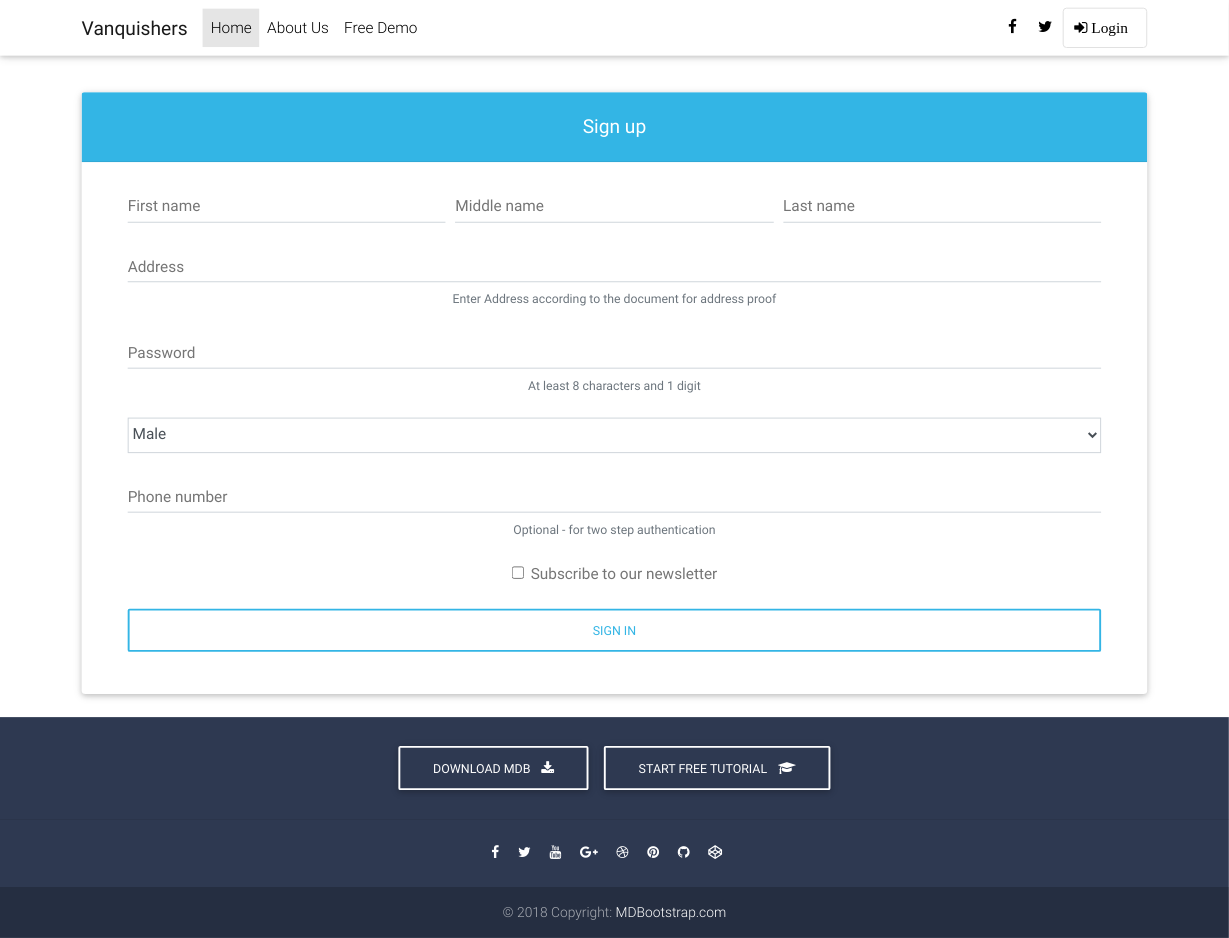
Repository: KJSCEhack/KJSCE_Vanquishers
Page: http://localhost/demo.php
These files come from the project's save history. The page is drawn as it stood at one moment and after the next save; the edit follows.
The browser window is 1280 px wide. The pictures show the whole page, at 96% of full size.
The page is run by PHP 8.4 with error messages shown; the project is at /var/www/html/.

Above is the page before, as saved 2018-10-06 09:21:36.
Console error: TypeError: $(...).material_select is not a function

### demo.php
<?php
$hostname="localhost";
$dbname="kjsce_hackathon";
$Username="root";
$Password="qweasdzxc";

$conn = mysqli_connect($hostname,$Username,$Password,$dbname);

if(!$conn)
{
    die("connection failed:" .mysqli_connect_error());

}
mysqli_close($conn);

?>
<!DOCTYPE html>
<html lang="en">

<head>
    <meta charset="utf-8">
    <meta name="viewport" content="width=device-width, initial-scale=1, shrink-to-fit=no">
    <meta http-equiv="x-ua-compatible" content="ie=edge">
    <title>Material Design Bootstrap</title>
    <!-- Font Awesome -->
    <link rel="stylesheet" href="https://maxcdn.bootstrapcdn.com/font-awesome/4.7.0/css/font-awesome.min.css">
    <!-- Bootstrap core CSS -->
    <link href="css/bootstrap.min.css" rel="stylesheet">
    <!-- Material Design Bootstrap -->
    <link href="css/mdb.min.css" rel="stylesheet">
    <!-- Your custom styles (optional) -->
    <link href="css/style.min.css" rel="stylesheet">
</head>

<body>

    <!--Main Navigation-->
    <header>

        <!-- Navbar -->
        <nav class="navbar fixed-top navbar-expand-lg navbar-light white scrolling-navbar">
            <div class="container">

                <!-- Brand -->
      <a class="navbar-brand" href="https://mdbootstrap.com/material-design-for-bootstrap/" target="_blank">
        <strong>Vanquishers</strong>
      </a>

      <!-- Collapse -->
      <button class="navbar-toggler" type="button" data-toggle="collapse" data-target="#navbarSupportedContent" aria-controls="navbarSupportedContent"
        aria-expanded="false" aria-label="Toggle navigation">
        <span class="navbar-toggler-icon"></span>
      </button>

      <!-- Links -->
      <div class="collapse navbar-collapse" id="navbarSupportedContent">

        <!-- Left -->
        <ul class="navbar-nav mr-auto">
          <li class="nav-item active">
            <a class="nav-link" href="#">Home
              <span class="sr-only">(current)</span>
            </a>
          </li>
          <li class="nav-item">
            <a class="nav-link" href="https://mdbootstrap.com/material-design-for-bootstrap/" target="_blank">About Us</a>
          </li>
          <li class="nav-item">
            <a class="nav-link" href="https://mdbootstrap.com/getting-started/" target="_blank">Free Demo</a>
          </li>
        </ul>

        <!-- Right -->
        <ul class="navbar-nav nav-flex-icons">
          <li class="nav-item">
            <a href="https://www.facebook.com/mdbootstrap" class="nav-link" target="_blank">
              <i class="fa fa-facebook"></i>
            </a>
          </li>
          <li class="nav-item">
            <a href="https://twitter.com/MDBootstrap" class="nav-link" target="_blank">
              <i class="fa fa-twitter"></i>
            </a>
          </li>
          <li class="nav-item">
            <a href="login_page.html" class="nav-link border border-light rounded"
              target="_blank">
              <i class="fa fa-sign-in mr-2">           Login</i>
            </a>
          </li>
        </ul>

      </div>

            </div>
        </nav>
        <!-- Navbar -->

    </header>
    <!--Main Navigation-->

    <!--Main layout-->
    <main class="mt-5 pt-5">
        <div class="container">
            <!-- Material form register -->
            <div class="card">

            <h5 class="card-header info-color white-text text-center py-4">
                <strong>Sign up</strong>
            </h5>

            <!--Card content-->
            <div class="card-body px-lg-5 pt-0">

                <!-- Form -->
                <form class="text-center" style="color: #757575;">

                    <div class="form-row">
                        <div class="col">
                            <!-- First name -->
                            <div class="md-form">
                                <input type="text" id="materialRegisterFormFirstName" class="form-control">
                                <label for="materialRegisterFormFirstName">First name</label>
                            </div>
                        </div>
                        <div class="col">
                            <!-- Last name -->
                            <div class="md-form">
                                <input type="text" id="materialRegisterFormMiddleName" class="form-control">
                                <label for="materialRegisterFormMiddleName">Middle name</label>
                            </div>
                        </div>
                        <div class="col">
                            <!-- Last name -->
                            <div class="md-form">
                                <input type="text" id="materialRegisterFormLastName" class="form-control">
                                <label for="materialRegisterFormLastName">Last name</label>
                            </div>
                        </div>
                    </div>

                    <!-- Address -->
                    <div class="md-form mt-0">
                        <input type="text" id="materialRegisterFormAddress" class="form-control">
                        <label for="materialRegisterFormAddress">Address</label>
                        <small id="materialRegisterFormPasswordHelpBlock" class="form-text text-muted mb-4">
                            Enter Address according to the document for address proof
                        </small>
                    </div>

                    <!-- Password -->
                    <div class="md-form">
                        <input type="password" id="materialRegisterFormPassword" class="form-control" aria-describedby="materialRegisterFormPasswordHelpBlock">
                        <label for="materialRegisterFormPassword">Password</label>
                        <small id="materialRegisterFormPasswordHelpBlock" class="form-text text-muted mb-4">
                            At least 8 characters and 1 digit
                        </small>
                    </div>

                    <div class="md-form">
                        <select id="materialRegisterFormPassword" class="form-control mdb-select md-form colorful-select dropdown-primary">
                            <option value="M">Male</option>
                            <option value="F">Female</option>
                            <option value="O">Other</option>
                        </select>
                    </div>

                    <!-- Phone number -->
                    <div class="md-form">
                        <input type="password" id="materialRegisterFormPhone" class="form-control" aria-describedby="materialRegisterFormPhoneHelpBlock">
                        <label for="materialRegisterFormPhone">Phone number</label>
                        <small id="materialRegisterFormPhoneHelpBlock" class="form-text text-muted mb-4">
                            Optional - for two step authentication
                        </small>
                    </div>

                    <!-- Newsletter -->
                    <div class="form-check">
                        <input type="checkbox" class="form-check-input" id="materialRegisterFormNewsletter">
                        <label class="form-check-label" for="materialRegisterFormNewsletter">Subscribe to our newsletter</label>
                    </div>

                    <!-- Sign up button -->
                    <button class="btn btn-outline-info btn-rounded btn-block my-4 waves-effect z-depth-0" type="submit">Sign in</button>

                </form>
                <!-- Form -->

            </div>

            </div>
            <!-- Material form register -->
        </div>
    </main>
    <!--Footer-->
    <footer class="page-footer text-center font-small mdb-color darken-2 mt-4 wow fadeIn">

        <!--Call to action-->
        <div class="pt-4">
            <a class="btn btn-outline-white" href="https://mdbootstrap.com/getting-started/" target="_blank" role="button">Download MDB
                <i class="fa fa-download ml-2"></i>
            </a>
            <a class="btn btn-outline-white" href="https://mdbootstrap.com/bootstrap-tutorial/" target="_blank" role="button">Start free tutorial
                <i class="fa fa-graduation-cap ml-2"></i>
            </a>
        </div>
        <!--/.Call to action-->

        <hr class="my-4">

        <!-- Social icons -->
        <div class="pb-4">
            <a href="https://www.facebook.com/mdbootstrap" target="_blank">
                <i class="fa fa-facebook mr-3"></i>
            </a>

            <a href="https://twitter.com/MDBootstrap" target="_blank">
                <i class="fa fa-twitter mr-3"></i>
            </a>

            <a href="https://www.youtube.com/watch?v=7MUISDJ5ZZ4" target="_blank">
                <i class="fa fa-youtube mr-3"></i>
            </a>

            <a href="https://plus.google.com/u/0/b/107863090883699620484" target="_blank">
                <i class="fa fa-google-plus mr-3"></i>
            </a>

            <a href="https://dribbble.com/mdbootstrap" target="_blank">
                <i class="fa fa-dribbble mr-3"></i>
            </a>

            <a href="https://pinterest.com/mdbootstrap" target="_blank">
                <i class="fa fa-pinterest mr-3"></i>
            </a>

            <a href="https://github.com/mdbootstrap/bootstrap-material-design" target="_blank">
                <i class="fa fa-github mr-3"></i>
            </a>

            <a href="http://codepen.io/mdbootstrap/" target="_blank">
                <i class="fa fa-codepen mr-3"></i>
            </a>
        </div>
        <!-- Social icons -->

        <!--Copyright-->
        <div class="footer-copyright py-3">
            © 2018 Copyright:
            <a href="https://mdbootstrap.com/bootstrap-tutorial/" target="_blank"> MDBootstrap.com </a>
        </div>
        <!--/.Copyright-->

    </footer>
    <!--/.Footer-->

    <!-- SCRIPTS -->
    <!-- JQuery -->
    <script type="text/javascript" src="js/jquery-3.3.1.min.js"></script>
    <!-- Bootstrap tooltips -->
    <script type="text/javascript" src="js/popper.min.js"></script>
    <!-- Bootstrap core JavaScript -->
    <script type="text/javascript" src="js/bootstrap.min.js"></script>
    <!-- MDB core JavaScript -->
    <script type="text/javascript" src="js/mdb.min.js"></script>
    <!-- Initializations -->
    <script type="text/javascript">
        // Animations initialization
        new WOW().init();
        // Material Select Initialization
        $(document).ready(function() {
            $('.mdb-select').material_select();
        });
    </script>
</body>

</html>

Loaded but not shown: css/bootstrap.min.css (library); css/mdb.min.css (library); css/style.min.css (common file); js/jquery-3.3.1.min.js (library); js/popper.min.js (library); js/bootstrap.min.js (library); js/mdb.min.js (library)

After the next save:
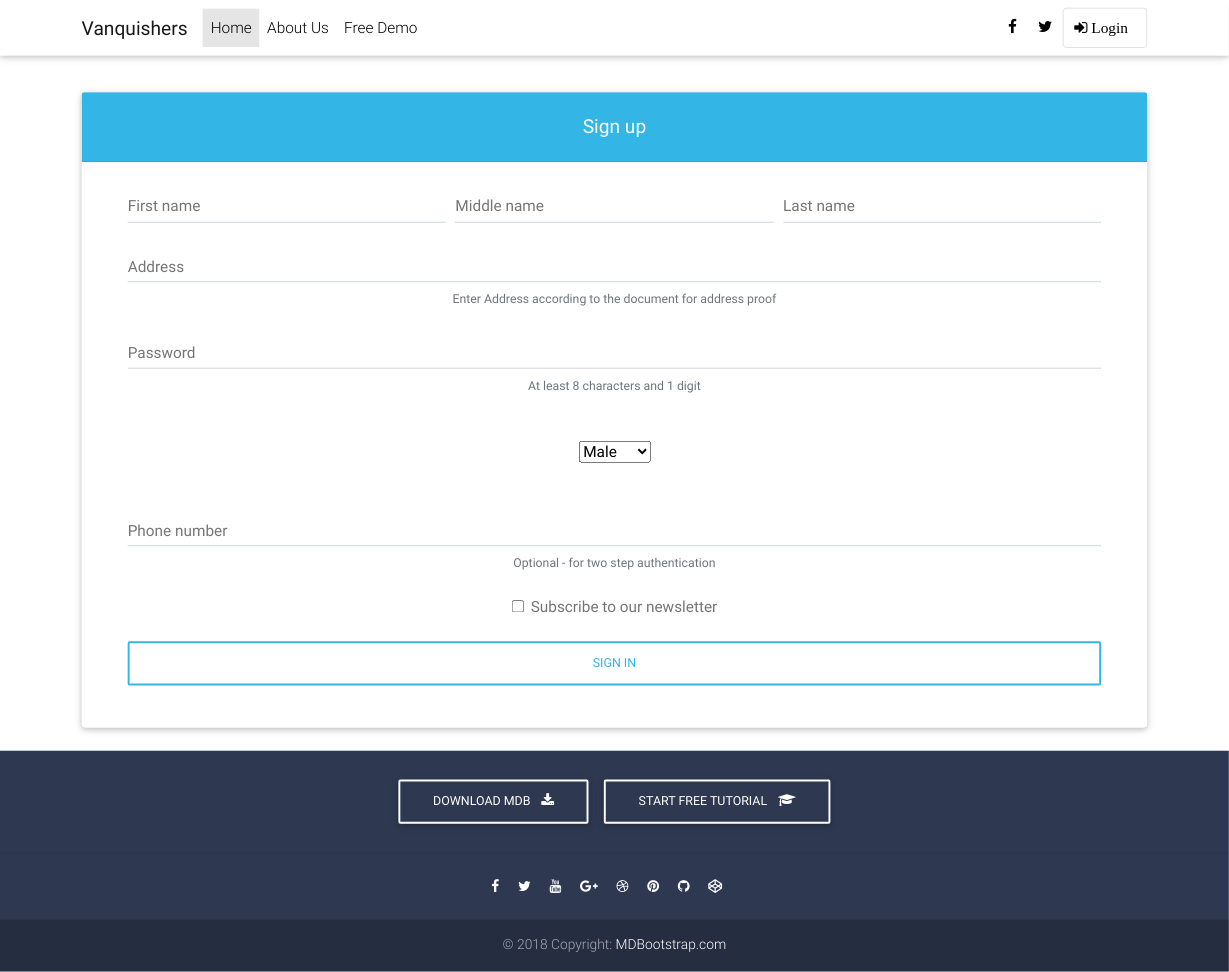
Saved 2 min 17 s later.
--- a/demo.php
+++ b/demo.php
@@ -158,7 +158,7 @@
                     </div>
 
                     <div class="md-form">
-                        <select id="materialRegisterFormPassword" class="form-control mdb-select md-form colorful-select dropdown-primary">
+                        <select id="materialRegisterFormPassword" class="mdb-select md-form">
                             <option value="M">Male</option>
                             <option value="F">Female</option>
                             <option value="O">Other</option>

After the save that followed:
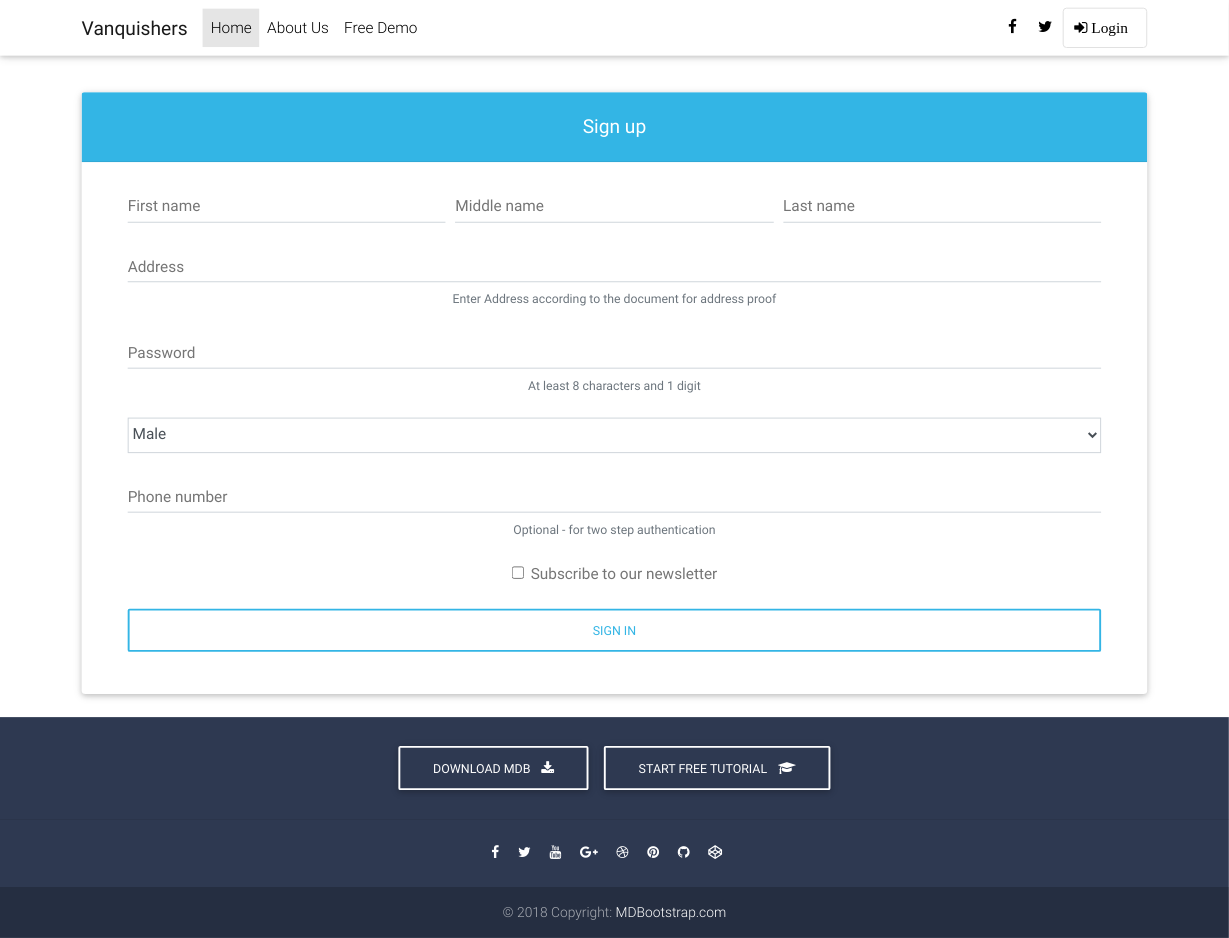
Saved 20 s later.
--- a/demo.php
+++ b/demo.php
@@ -158,7 +158,7 @@
                     </div>
 
                     <div class="md-form">
-                        <select id="materialRegisterFormPassword" class="mdb-select md-form">
+                        <select id="materialRegisterFormPassword" class="form-control mdb-select md-form colorful-select dropdown-primary">
                             <option value="M">Male</option>
                             <option value="F">Female</option>
                             <option value="O">Other</option>
